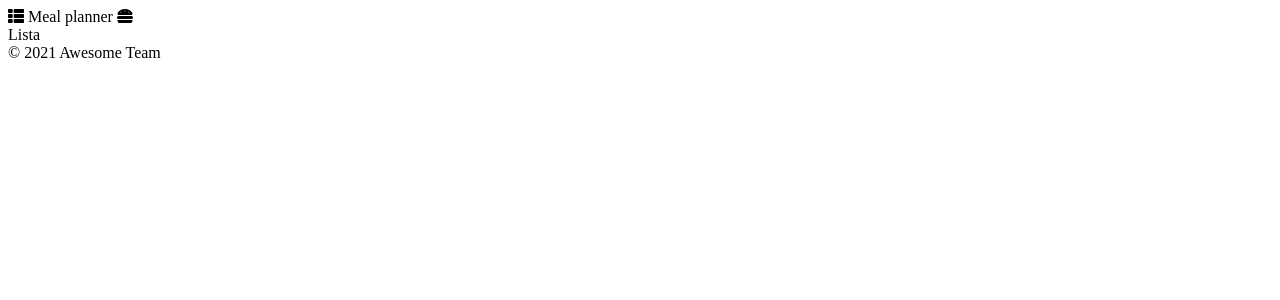
Repository: szkola-reacta/team-h
Page: /
An editor plug-in stored every save of this project. The page is shown before and after the next save, followed by the edit.
The browser window is 1280 px wide. The pictures show the whole page.
The project was rebuilt for these pictures with package versions that can differ from the ones it lists, and the page was loaded fresh each time.

Above is the page before, as saved 2021-01-24 06:27:54.

### public/index.html
<!DOCTYPE html>
<html lang="en">
  <head>
    <meta charset="utf-8" />
    <link rel="icon" href="./ico.png" />
    <meta name="viewport" content="width=device-width, initial-scale=1" />
    <meta name="theme-color" content="#000000" />
    <meta
      name="description"
      content="Web site created using create-react-app"
    />
    <link rel="apple-touch-icon" href="%PUBLIC_URL%/logo192.png" />
    <!--
      manifest.json provides metadata used when your web app is installed on a
      user's mobile device or desktop. See https://developers.google.com/web/fundamentals/web-app-manifest/
    -->
    <link rel="manifest" href="%PUBLIC_URL%/manifest.json" />
    <!--
      Notice the use of %PUBLIC_URL% in the tags above.
      It will be replaced with the URL of the `public` folder during the build.
      Only files inside the `public` folder can be referenced from the HTML.

      Unlike "/favicon.ico" or "favicon.ico", "%PUBLIC_URL%/favicon.ico" will
      work correctly both with client-side routing and a non-root public URL.
      Learn how to configure a non-root public URL by running `npm run build`.
    -->
    <title>React App</title>
  </head>
  <body>
    <noscript>You need to enable JavaScript to run this app.</noscript>
    <div id="root"></div>
    <!--
      This HTML file is a template.
      If you open it directly in the browser, you will see an empty page.

      You can add webfonts, meta tags, or analytics to this file.
      The build step will place the bundled scripts into the <body> tag.

      To begin the development, run `npm start` or `yarn start`.
      To create a production bundle, use `npm run build` or `yarn build`.
    -->
  </body>
</html>

### src/App.js
import FoodRecipesContextProvider from './contexts/FoodRecipesContext';
import Footer from './components/Footer/Footer';
import Header from './components/Header/Header';
import RecipeList from './components/FoodRecipis/RecipeList'
function App() {
  return (
    <div className="App">
      <Header />
      <FoodRecipesContextProvider>
        <RecipeList />
      </FoodRecipesContextProvider>
      <Footer />
    </div>
  );
}

export default App;

### src/contexts/FoodRecipesContext.js
import React, { createContext, useState, useEffect } from 'react';

export const FoodRecipesContext = createContext();

const FoodRecipesContextProvider = (props) => {

	const RecipeApi = '/data.json';
    const [recipes, setRecipes] = useState([]);

    useEffect(() => {
      let timer = setTimeout(() => {
        fetch(RecipeApi)
        .then(res => {
          if(res.ok) {
            return res;
          }
          throw Error(res.status);
        })
        .then(res => res.json())
        .then(data => console.log(data.recipes))
        .then(data => {
          setRecipes(data.recipes);
          console.log(data.recipes)
          clearTimeout(timer);
        })
        .catch(error => console.log(`The problem is with: ${error}`));

      }, 500);
    },[]);
    console.log(recipes)
  return (
    <FoodRecipesContext.Provider value={{ recipes }} >
    	{ props.children}
    </FoodRecipesContext.Provider>
  );
}

export default FoodRecipesContextProvider;

### src/components/Footer/Footer.js
import React from 'react';

function Footer() {
  return (
    <div>&copy; 2021 Awesome Team</div>
  );
}

export default Footer;

### src/components/Header/Header.js
import React from 'react';
import { FontAwesomeIcon } from '@fortawesome/react-fontawesome';
import { faThList, faHamburger } from '@fortawesome/free-solid-svg-icons';

const Header = () => {
    return (
        <div className="wrapper__header">
            <FontAwesomeIcon icon={faThList} />  Meal planner <FontAwesomeIcon icon={faHamburger} />
        </div>
    )
}

export default Header;

### src/components/FoodRecipis/RecipeList.js
import React, { useState, useEffect, useContext} from 'react';
import { FoodRecipesContext } from './../../contexts/FoodRecipesContext';

const RecipeList = () => {
	const { recipes } = useContext(FoodRecipesContext);
	console.log(recipes);
	const listRecipes = recipes.map(item => <div key={item.id}>{item.name}</div>)
  return (
    <div>
			Lista
      {listRecipes}
    </div>
  )
}

export default RecipeList;

### public/data.json
{
  "recipes": [
    {
    "id": 1,
		"name":"breakfast I",
		"dishes": {
			"recipe_1" : {
				"recipe_id": 1,
				"title": "Roll with ham and cheese, white coffee",
				"ingredients": {
					"ingredient_1": "wheat roll",
					"ingredient_2": "butter",
					"ingredient_3": "ham",
					"ingredient_4": "cheese"
				},
				"drink": "white coffee"
			},
			"recipe_2" : {
				"recipe_id": 2,
				"title": "Scrambled eggs with ham, tea",
				"ingredients": {
					"ingredient_1": "wheat roll",
					"ingredient_2": "butter",
					"ingredient_3": "ham",
					"ingredient_4": "2 eggs"
				},
				"drink": "black lipton tea"
			}
			}
		},
		{
		"id": 2,
		"name": "breakfast II",
		"dishes": {
			"recipe_1" : {
				"recipe_id": 1,
				"title": "Roll with ham and cheese, white coffee, apple",
				"ingredients": {
					"ingredient_1": "wheat roll",
					"ingredient_2": "butter",
					"ingredient_3": "ham",
					"ingredient_4": "cheese"
				},
				"drink": "white coffee",
				"fruit": "apple"
			},
			"recipe_2" : {
				"recipe_id": 2,
				"title": "A roll with lettuce, ham and egg, tea, banana",
				"ingredients": {
					"ingredient_1": "wheat roll",
					"ingredient_2": "butter",
					"ingredient_3": "ham",
					"ingredient_4": "2 eggs"
				},
				"drink": "black lipton tea",
				"fruit": "banana"
			}
			}
		},
		{
		"id": 3,
		"name": "dinner",
		"dishes": {
			"recipe_1" : {
				"recipe_id": 1,
				"title": "Pork chop with potatoes and sauerkraut salad, and apple juice",
				"ingredients": {
          "ingredient_1": "pork chop",
          "ingredient_2": "potatos",
          "ingredient_3": "sauerkraut salad"
        },
        "drink": "apple juice"
			}
		}
		},
		{
		"id": 4,
		"name": "supper",
		"dishes": {
			"recipe_1" : {
				"recipe_id": 1,
				"title": "Pasta with tomato sauce, tea",
				"ingredients": {
					"ingredient_1": "pasta",
					"ingredient_2": "tomato sauce"
					},
				"drink": "tea"
				},
			"recipe_2" : {
				"recipe_id": 2,
				"title": "Sandwich with lettuce, cheese and egg, cocoa",
				"ingredients": {
					"ingredient_1": "Graham bread",
					"ingredient_2": "lettuce",
					"ingredient_3": "cheese",
					"ingredient_4": "egg"
					},
				"drink": "cocoa"
				}
			}
		}
  ]
}

Loaded but not shown: src/index.js (common file)

After the next save:
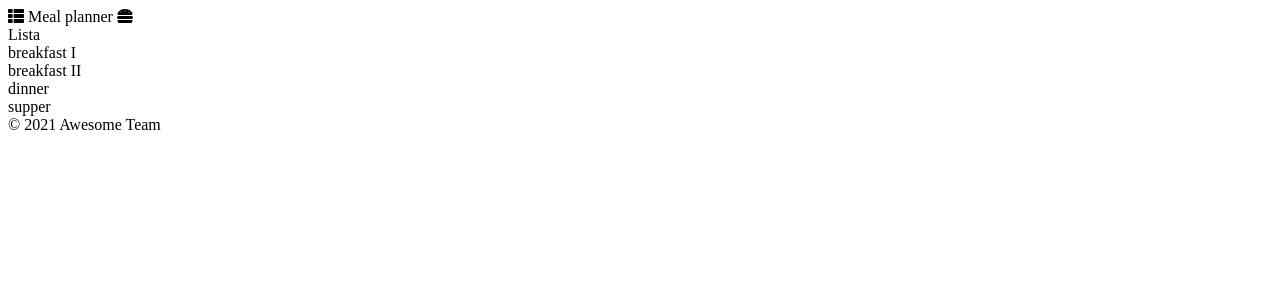
Saved 27 s later.
--- a/src/contexts/FoodRecipesContext.js
+++ b/src/contexts/FoodRecipesContext.js
@@ -17,7 +17,6 @@ const FoodRecipesContextProvider = (props) => {
           throw Error(res.status);
         })
         .then(res => res.json())
-        .then(data => console.log(data.recipes))
         .then(data => {
           setRecipes(data.recipes);
           console.log(data.recipes)
